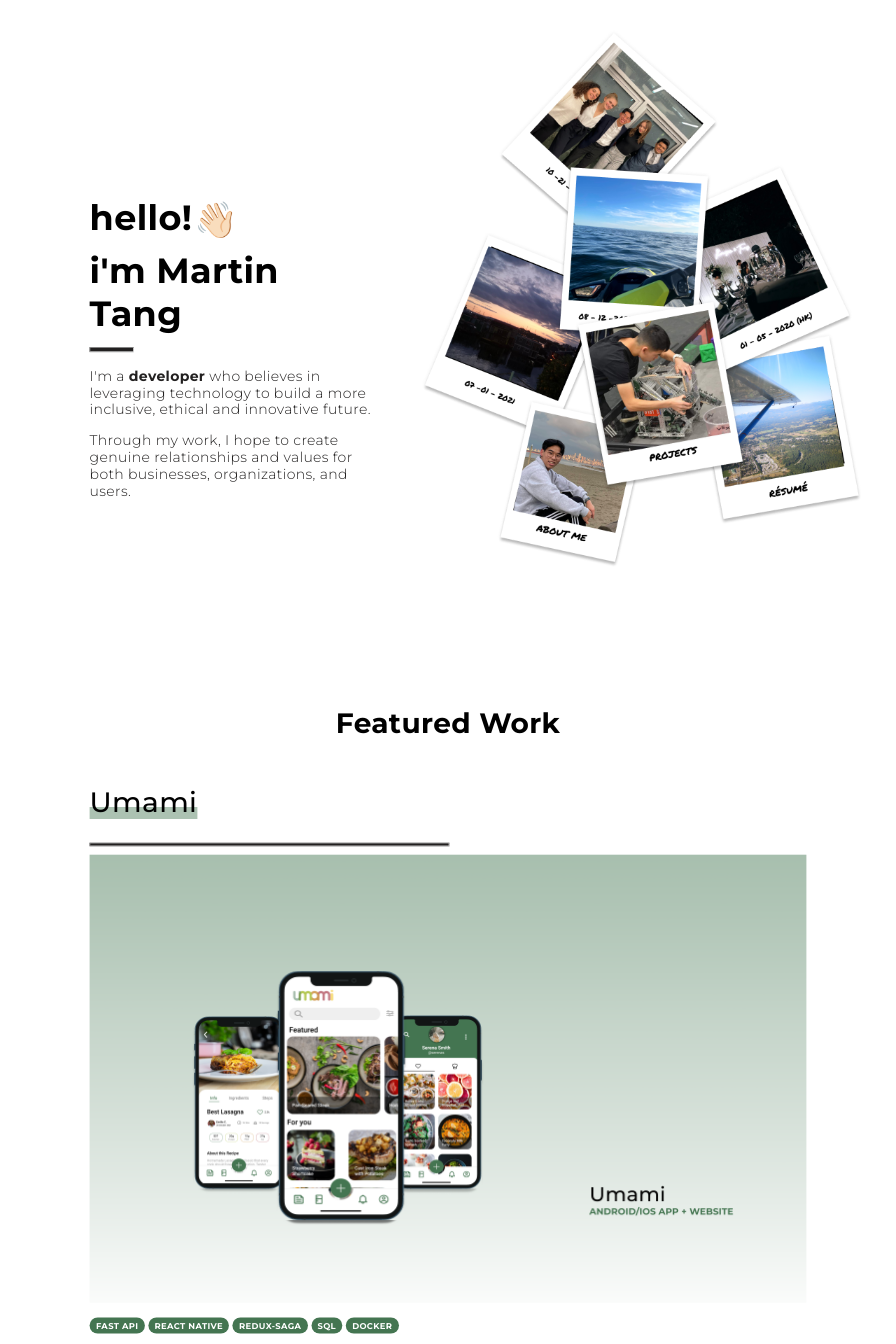
Repository: TangMartin/martintang
Page: index.html
These files come from the project's save history. The page is drawn as it stood at one moment and after the next save; the edit follows.
The browser window is 1280 px wide. The pictures show the part of the page from y = 0 to 1920 px (the page is 2917 px tall), at 70% of full size.

Above is the page before, as saved 2021-11-24 21:33:40.

### index.html
<!DOCTYPE html>

<html>
    <head>
        <link href="./styles/style.css" rel="stylesheet">
        <link rel="preconnect" href="https://fonts.googleapis.com">
        <link rel="preconnect" href="https://fonts.gstatic.com" crossorigin>
        <link href="https://fonts.googleapis.com/css2?family=Montserrat:wght@300;500;700&display=swap" rel="stylesheet">
        <title> Martin Tang</title>
    </head>

    <body>
        <!-- Nav Bar-->
        <!-- Main Page-->
        <div class="flex-main">
            <!-- Left Box-->
            <div class="flex-left">
                <h1>hello! <span class="wave">👋🏻</span> </h1>
                <h1>i'm Martin Tang</h1>
                <hr style="height:5px; width:15%; margin-left:0; background-color:#222020; display: inline-block">
                <h3>I'm a <strong>developer</strong> who believes in leveraging technology to build a more inclusive, ethical and innovative future. </h3>
                <h3>Through my work, I hope to create genuine relationships and values for both businesses, organizations, and users.</h3>
            </div>
            <!-- Right Box-->
            <div class="flex-right">
                <div class="image-stack">
                    <a style="grid-column: 8; grid-row: 10; cursor: pointer; --turn-radius: 12deg; cursor: pointer;" href="./Martin_Tang_Resume.pdf" target="_blank" download>
                        <img src="./assets/polaroids/Resume.png"/>
                    </a>
                    <img style="grid-column: 3; grid-row: 1; --turn-radius: -12deg;" src="./assets/polaroids/Apsc100.png" />
                    <img style="grid-column: 1; grid-row: 7; --turn-radius: -12deg;" src="./assets/polaroids/Sunset.png" />
                    <img style="grid-column: 7; grid-row: 5; --turn-radius: 15deg;" src="./assets/polaroids/Hongkongpng.png" />
                    <a style="grid-column: 3; grid-row: 12; --turn-radius: -12deg; cursor: pointer;" href="./pages/aboutme.html">
                        <img src="./assets/polaroids/Aboutme.png" />
                    </a>
                    <img style="grid-column: 4; grid-row: 5; --turn-radius: -4deg;"src="./assets/polaroids/Jetski.png" />
                    <a style="grid-column: 5; grid-row: 9; --turn-radius: 10deg; cursor: pointer;" href="#featuredwork">
                        <img src="./assets/polaroids/Projects.png"/>
                    </a>
                </div>
            </div>
        </div>
        <div class="featured_work" id="featuredwork">
            <!-- Featured Work -->
            <h1 style="text-align: center; padding-top: 5rem;"> Featured Work </h1>
            <ul class="work_list">

                <!-- Umami -->
                <li class="work_item">
                    <h1><span class="highlight" style="--highlighter-color: #ACC2B2">Umami</span></h1>
                    <hr style="height:2.5px; width:50%; margin-left:0; background-color:#222020; display: inline-block">
                    <img class="work_image" src="./assets/images/Umami.png" />
                    <div class="technologies">
                        <p>FAST API</p>
                        <p>REACT NATIVE</p>
                        <p>REDUX-SAGA</p>
                        <p>SQL</p>
                        <p>DOCKER</p>
                    </div>
                    <p class="work_description">
                        A mobile application and website used for member registration and for borrowing and returning tumblers at coffee shops.  Website includes dashboards which allows coffee owners and operation team to keep track
                    </p>
                </li>

                <!-- Personal Website -->
                <li class="work_item">
                    <h1><span class="highlight" style="--highlighter-color: #ACC2B2">Personal Website</span></h1>
                    <hr style="height:2.5px; width:50%; margin-left:0; background-color:#222020; display: inline-block">
                    <img class="work_image" src="./assets/images/Umami.png" />
                    <div class="technologies">
                        <p>FAST API</p>
                        <p>REACT NATIVE</p>
                        <p>REDUX-SAGA</p>
                        <p>SQL</p>
                        <p>DOCKER</p>
                    </div>
                    <p class="work_description">
                        A mobile application and website used for member registration and for borrowing and returning tumblers at coffee shops.  Website includes dashboards which allows coffee owners and operation team to keep track
                    </p>
                </li>

            </ul>
        </div>
    </body>
</html>

### styles/style.css
:root {
    --highlighter-color: #EEDF5B;
    --umami-color: #447551;
    --turn-radius: 6deg;
}

html{
    scroll-behavior: smooth;
}
body {
    max-width: 70rem;
    margin-right: auto;
    margin-left: auto;
    width: 80vw;
    padding-top: 2rem;
}

body,
h1,
h2,
h3,
h4,
h5 {
  font-family: 'Montserrat', sans-serif;
  letter-spacing: 0.5px;
}

h3 {
    margin-top: 10px;
    color: #222020;
    font-size: 20px;
    font-weight: 300;
}

/* MAIN PAGE */
.flex-main {
    display: flex;
    flex-direction: row;
}
.flex-main h1 {
    display: flex;
    flex-direction: row;
    font-size: 50px;
    margin: 5px 0px 10px 0px;
}

.flex-left {
    width: 40%;
    padding-top: 23%;
    padding-bottom: 2%;
}
.flex-right {
    width: 60%;
}
.image-stack{
    display: grid;
    grid-template-columns: repeat(12, 55px);
    grid-template-rows: repeat(19, 48px);
    padding-left: 10%;

}
.image-stack img {
    transition: all 0.3s ease-in-out 0s;
}
.image-stack img:hover {
    transform: rotate(var(--turn-radius));
    transition: all 0.3s ease-in-out 0s;
}

.wave {
    animation-name: wave-animation;  /* Refers to the name of your @keyframes element below */
    animation-duration: 2.5s;        /* Change to speed up or slow down */
    animation-iteration-count: infinite;  /* Never stop waving :) */
    transform-origin: 70% 70%;       /* Pivot around the bottom-left palm */
    display: inline-block;
    padding: 2px;
  }

  @keyframes wave-animation {
      0% { transform: rotate( 0.0deg) }
     10% { transform: rotate(14.0deg) }  /* The following five values can be played with to make the waving more or less extreme */
     20% { transform: rotate(-8.0deg) }
     30% { transform: rotate(14.0deg) }
     40% { transform: rotate(-4.0deg) }
     50% { transform: rotate(10.0deg) }
     60% { transform: rotate( 0.0deg) }  /* Reset for the last half to pause */
    100% { transform: rotate( 0.0deg) }
  }

/* FEATUERED WORK */
.featured_work {
    margin-top: -5%;
}
.featured_work h1 {
    font-size: 40px;
}
.work_list {
    list-style: none;
    padding-left: 0;
}
.work_item {
    margin-top: 4rem;
}
.work_image {
    max-width: 100%;
}
.work_description {
    margin-top: 5px;
    font-weight: 300;
    width: 80%;
}
.highlight {
    background: linear-gradient(180deg, #FFFFFF 65%, var(--highlighter-color) 65%);
    font-weight: 400;
}
.technologies {
    margin-top: 5px;
    display: flex;
    flex-direction:row;

}
.technologies p {
    font-size: 12px;
    margin-right: 5px;
    color: #FFFFFF;
    font-weight: 600;
    border-radius:20px;
    padding: 4px 9px 4px 9px;
    background: var(--umami-color);
}

After the next save:
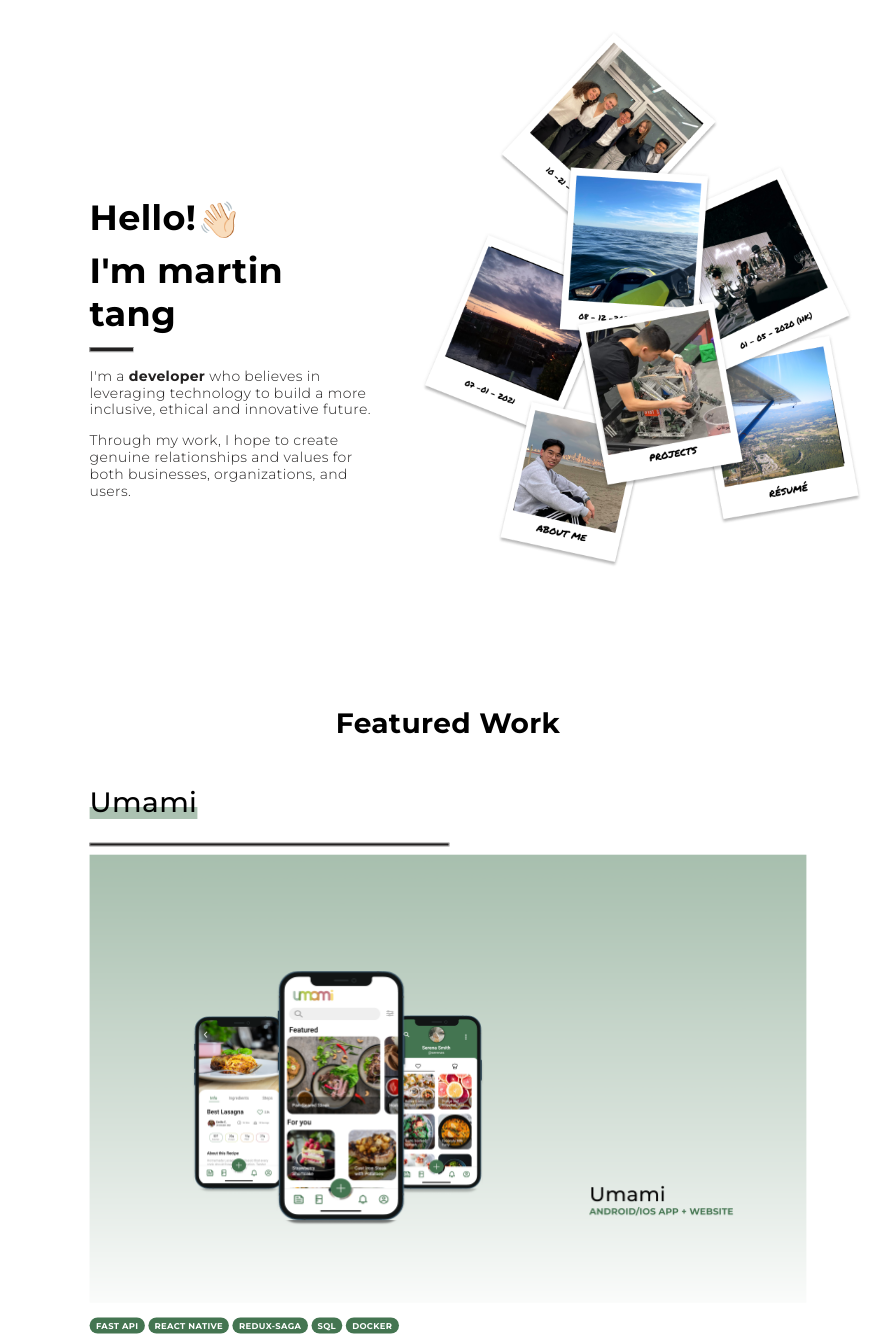
Saved 10 s later.
--- a/index.html
+++ b/index.html
@@ -15,8 +15,8 @@
         <div class="flex-main">
             <!-- Left Box-->
             <div class="flex-left">
-                <h1>hello! <span class="wave">👋🏻</span> </h1>
-                <h1>i'm Martin Tang</h1>
+                <h1>Hello! <span class="wave">👋🏻</span> </h1>
+                <h1>I'm martin tang</h1>
                 <hr style="height:5px; width:15%; margin-left:0; background-color:#222020; display: inline-block">
                 <h3>I'm a <strong>developer</strong> who believes in leveraging technology to build a more inclusive, ethical and innovative future. </h3>
                 <h3>Through my work, I hope to create genuine relationships and values for both businesses, organizations, and users.</h3>
